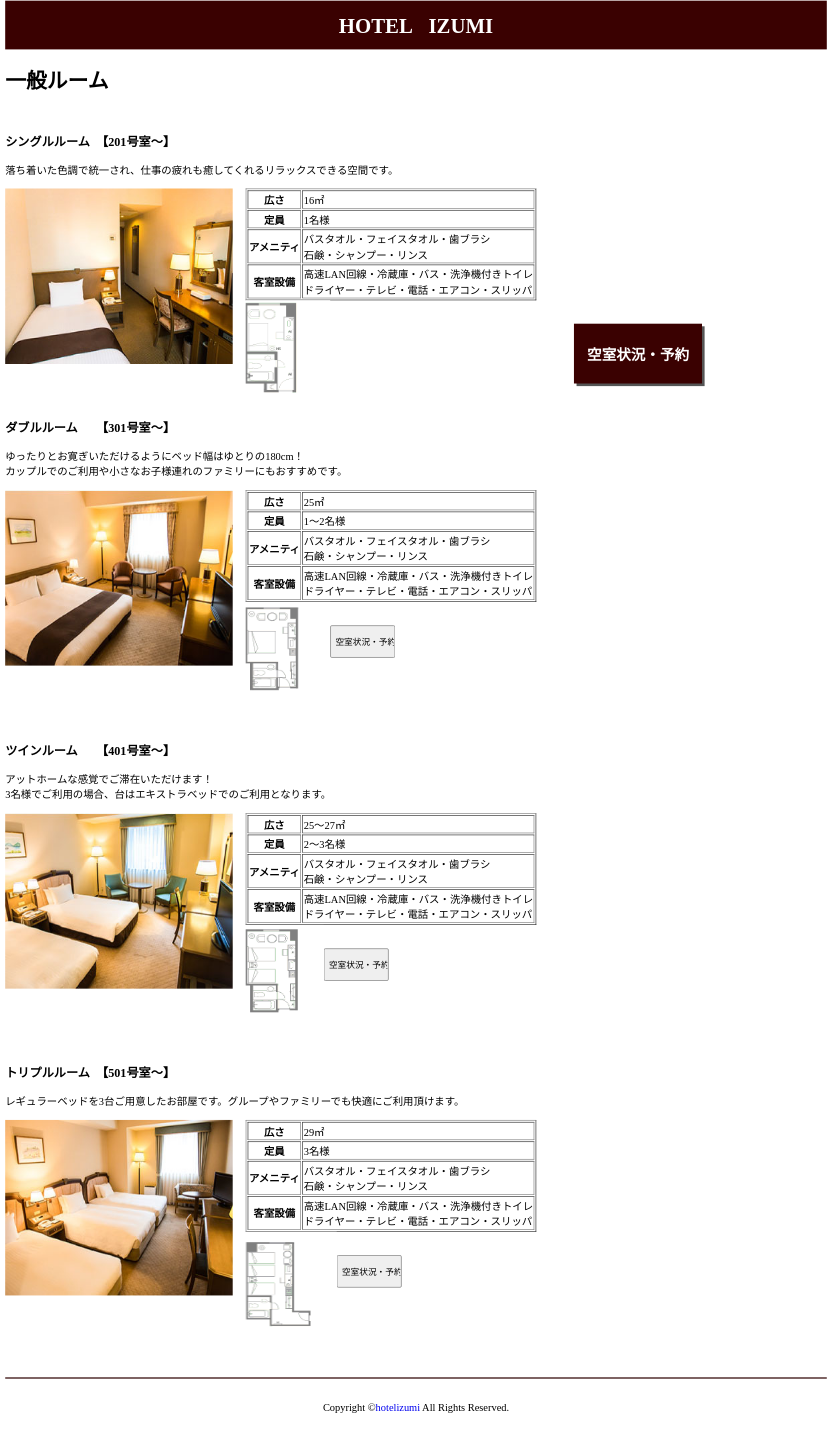
Repository: sep-dev/hotel_site
Page: http://localhost/HOTEL_IZUMI/general
An editor plug-in stored every save of this project. The page is shown before and after the next save, followed by the edit.
The browser window is 1280 px wide. The pictures show the whole page, at 65% of full size.
The page is served by Tomcat 9.

Above is the page before, as saved 2016-05-25 06:13:39.

After the next save:
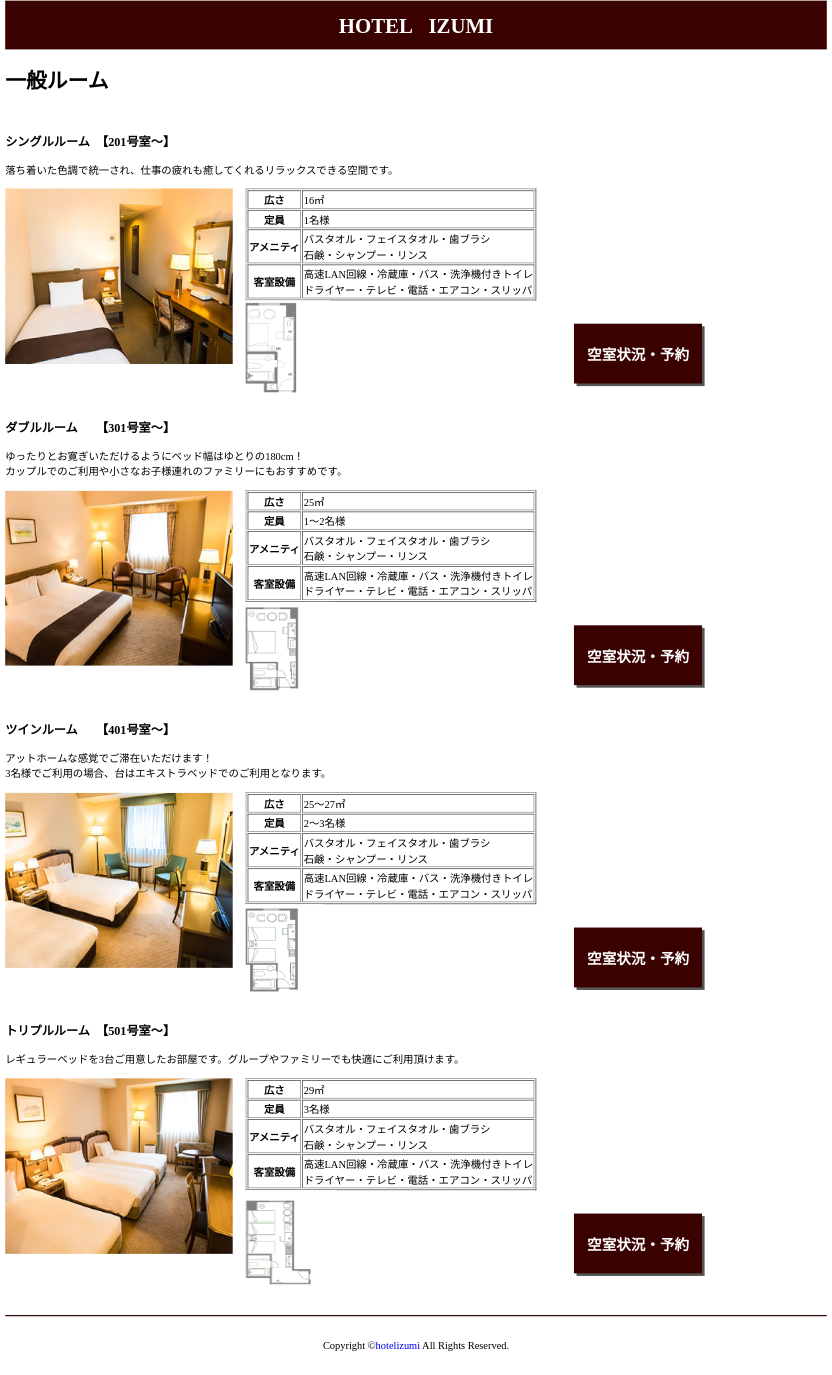
Saved 79 s later.
--- a/HOTEL_IZUMI/src/main/webapp/WEB-INF/views/general.jsp
+++ b/HOTEL_IZUMI/src/main/webapp/WEB-INF/views/general.jsp
@@ -83,7 +83,7 @@
 
        <img src="./resources/picture/ph04_shw1.png" alt="間取り図" width="130" height="146" align="left" ><br><br>
 
-       <input type="submit" value="空室状況・予約" style="width:100px; height:50px" onClick=location.href="file:///C:/Users/urawakikosuke/Desktop/hotel/calender.html"><br><br><br><br><br><br><br>
+       <button class="button2" type="submit" style="position: absolute; right: 200px;">空室状況・予約</button><br><br><br><br><br><br><br>
 
        <h3>ツインルーム　　【401号室～】</h3>
        アットホームな感覚でご滞在いただけます！<br>3名様でご利用の場合、台はエキストラベッドでのご利用となります。<br><br>
@@ -117,7 +117,7 @@
         <img src="./resources/picture/ph06_shw1.png" alt="間取り図" width="120" height="146" align="left" >
         <br><br>
 
-        <input type="submit" value="空室状況・予約" style="width:100px; height:50px" onClick=location.href="file:///C:/Users/urawakikosuke/Desktop/hotel/calender.html"><br><br><br><br><br><br><br>
+        <button class="button2" type="submit" style="position: absolute; right: 200px;">空室状況・予約</button><br><br><br><br><br><br><br>
 
         <h3>トリプルルーム　【501号室～】</h3>
         レギュラーベッドを3台ご用意したお部屋です。グループやファミリーでも快適にご利用頂けます。<br><br>
@@ -149,7 +149,7 @@
 
         <img src="./resources/picture/ph07_shw1.png" alt="間取り図" width="140" height="146" align="left" ><br><br>
 
-        <input type="submit" value="空室状況・予約" style="width:100px; height:50px" onClick=location.href="file:///C:/Users/urawakikosuke/Desktop/hotel/calender.html"><br><br><br><br><br><br><br>
+        <button class="button2" type="submit" style="position: absolute; right: 200px;">空室状況・予約</button><br><br><br><br><br><br><br>
 
 
         <div id="footer">
